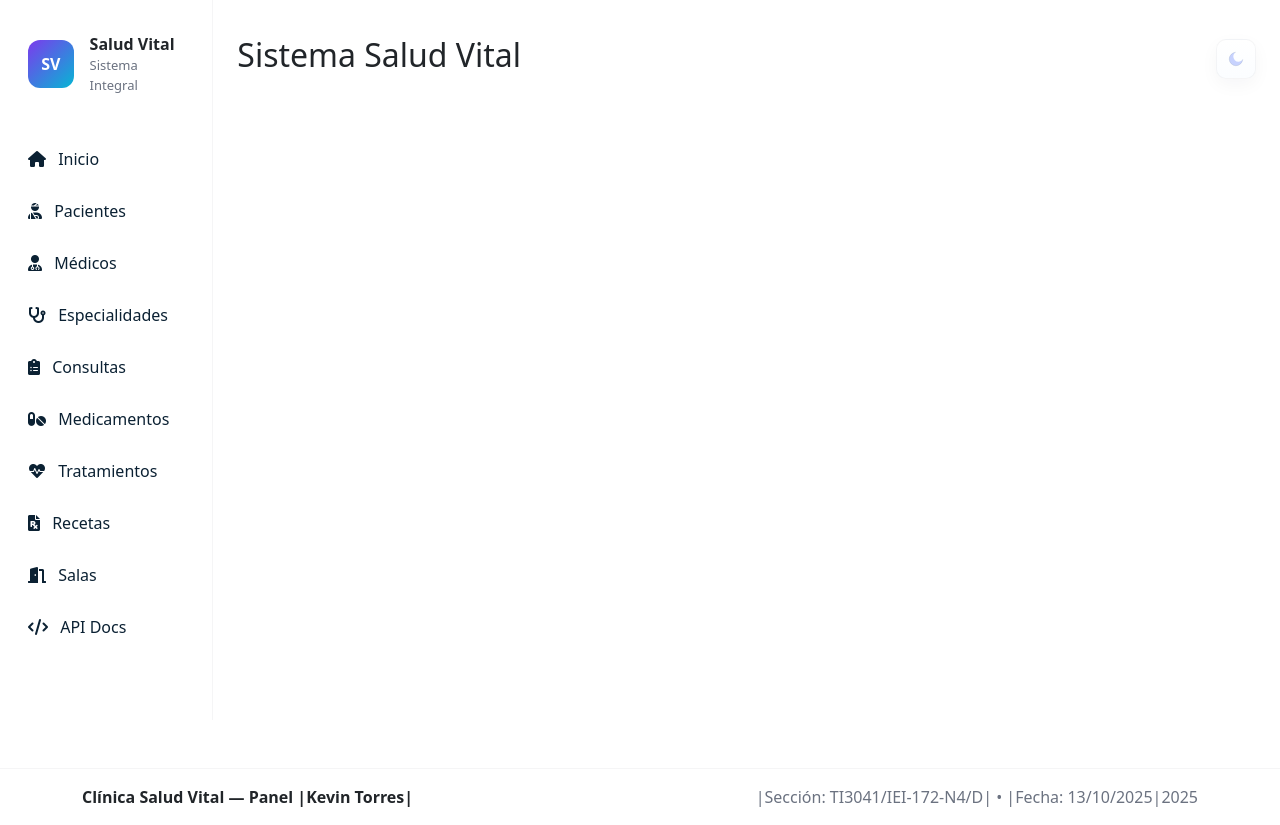
Repository: KeviNozh/eva2_clinica
Page: templates/base.html
An editor plug-in stored every save of this project. The page is shown before and after a run of saves, followed by the edit.
The browser window is 1280 px wide. The pictures show the whole page.
The template is drawn by Django 5.2. The application's start-up code is not run. The template is opened directly, without the code that normally fills it, so the values that code supplies are empty.

Above is the page before, as saved 2025-10-14 19:20:34.

After the next 2 saves:
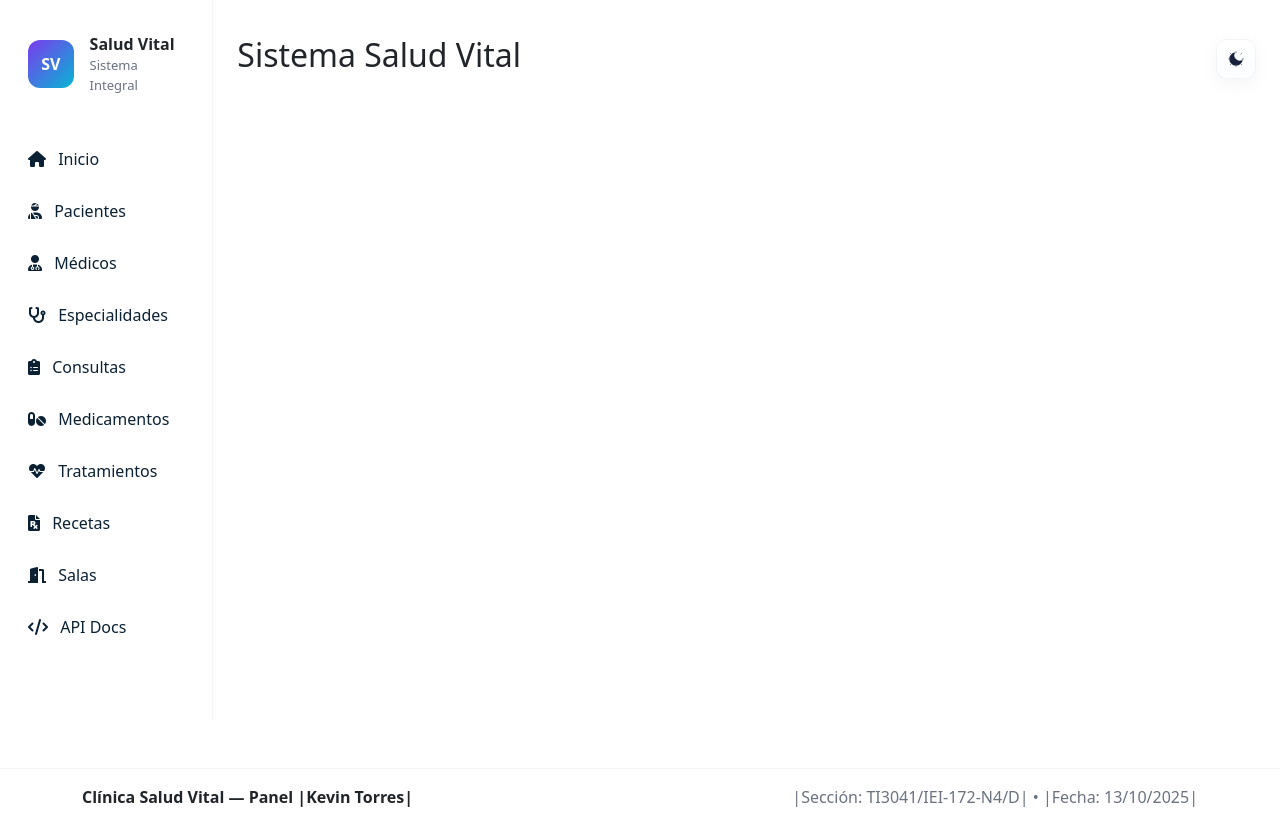
Console error: TypeError: Cannot set properties of null (setting 'textContent')
The 2 saves are shown as one change because they came seconds apart.
The last was saved 49 s later.
--- a/templates/base.html
+++ b/templates/base.html
@@ -250,7 +250,7 @@
         <div class="container">
             <div class="d-flex justify-content-between align-items-center">
                 <div style="font-weight:700">Clínica Salud Vital — Panel |Kevin Torres| </div>
-                <div style="color: var(--muted);">|Sección: TI3041/IEI-172-N4/D| • |Fecha: 13/10/2025|<span id="current-year"></span></div>
+                <div style="color: var(--muted);">|Sección: TI3041/IEI-172-N4/D| • |Fecha: 13/10/2025|<span></span></div>
             </div>
         </div>
     </footer>
